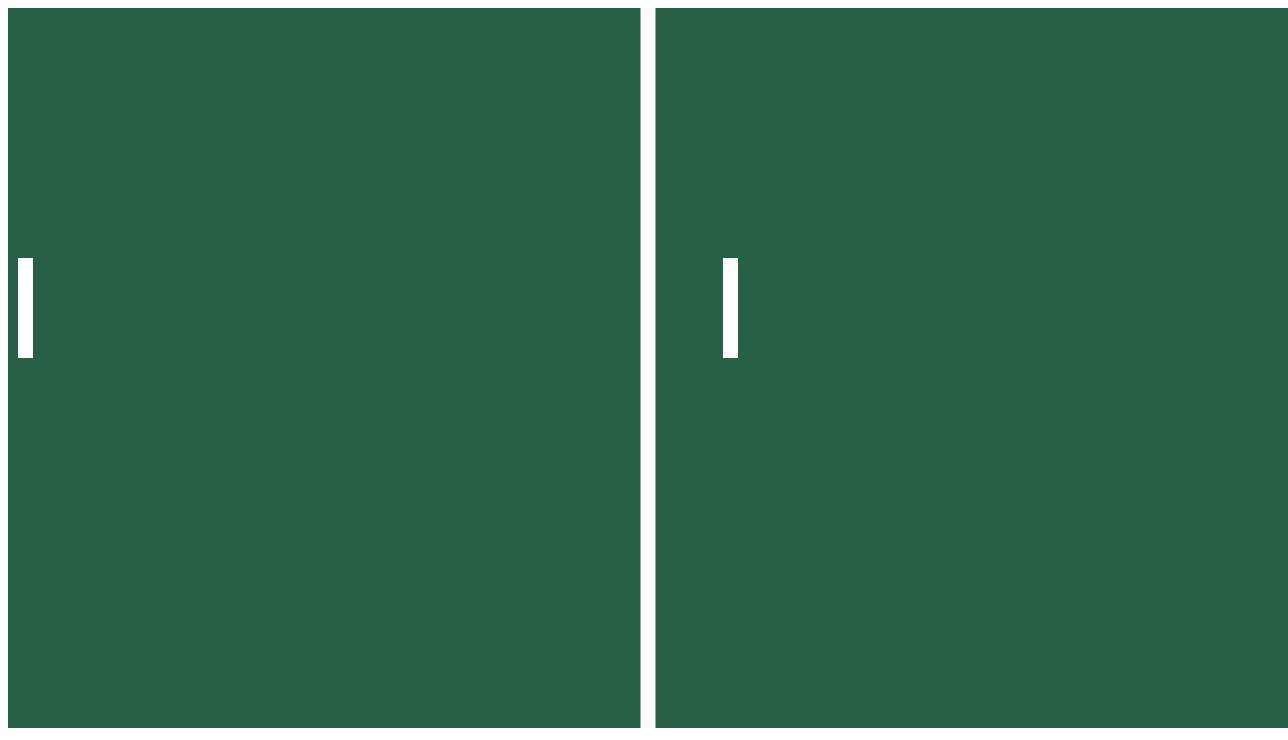
Repository: luizgaivaa/Game
Page: index.html
The author's editor kept a copy of each file at every save. The page is drawn from the files as they stood at one save, then again after the next save.
The browser window is 1280 px wide. The page is 1288 px wide, so the pictures cover 1288 px, including what lies to the right of the window. The pictures show the whole page.

Above is the page before, as saved 2024-03-26 16:08:55.

### index.html
<!DOCTYPE html>
<html lang="en">
<head>
    <meta charset="UTF-8">
    <meta name="viewport" content="width=device-width, initial-scale=1.0">
    <title>Ping_pong</title>
</head>
<body>
    <canvas></canvas>
        <script>
               const canvasEl = document.querySelector("canvas")
        const canvasCtx = canvasEl.getContext("2d")

        const lineWidth = 15
        function setup(){
            canvasEl.width = canvasCtx.width = window.innerWidth
            canvasEl.height = canvasCtx.height = window.innerHeight
        }

        function draw (){
            canvasCtx.fillStyle = "#286047"
            canvasCtx.fillRect(0,0, window.innerWidth, window.innerHeight)

            canvasCtx.fillStyle = "#ffffff"
            const x= window.innerWidth /2 - lineWidth /2
            const y = 0
            const w = lineWidth
            const h = window.innerHeight

            canvasCtx.fillRect(x,y,w,h)
            //raquete esquerda
            canvasCtx.fillRect(10,250,lineWidth,100)

            //raquete direita
            canvasCtx.fillRect(window.innerHeight - lineWidth + 10, 250, lineWidth, 100)


        }
        setup()
        draw()
        </script>


</body>
</html>

After the next save:
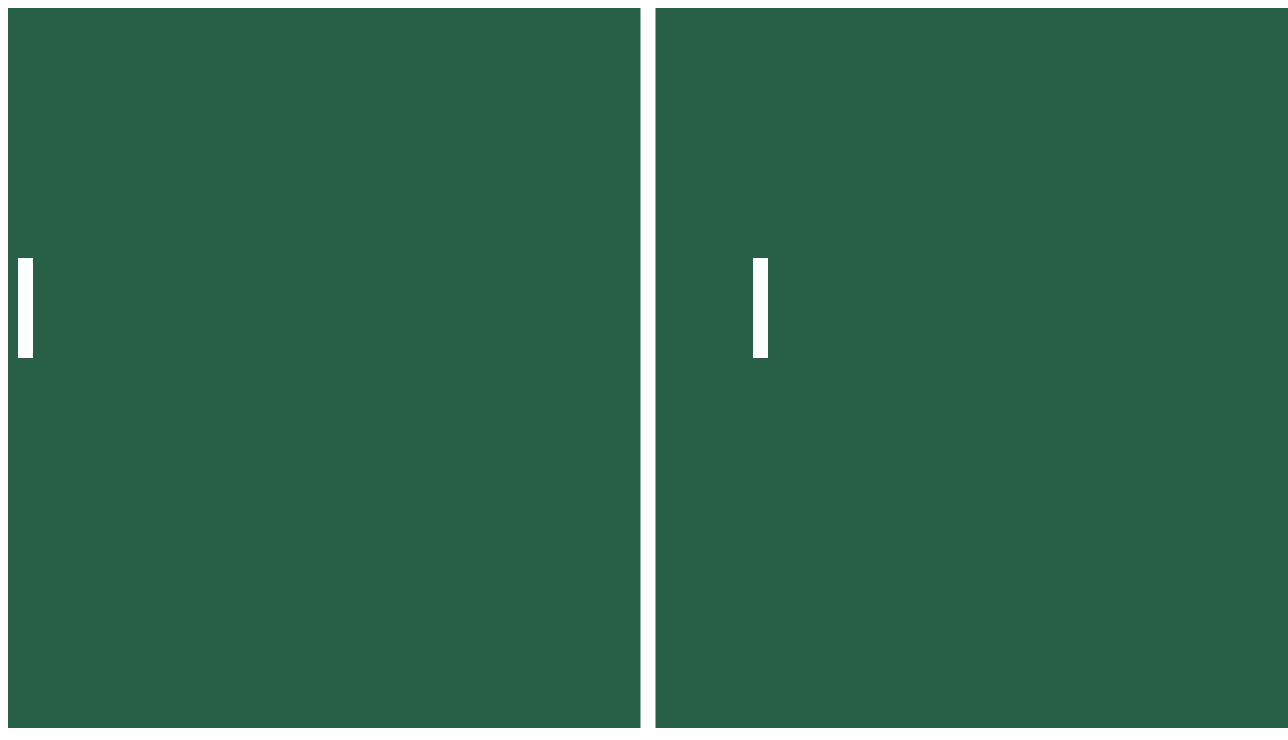
Saved 13 s later.
--- a/index.html
+++ b/index.html
@@ -32,7 +32,7 @@
             canvasCtx.fillRect(10,250,lineWidth,100)
 
             //raquete direita
-            canvasCtx.fillRect(window.innerHeight - lineWidth + 10, 250, lineWidth, 100)
+            canvasCtx.fillRect(window.innerHeight + lineWidth + 10, 250, lineWidth, 100)
 
 
         }

After the save that followed:
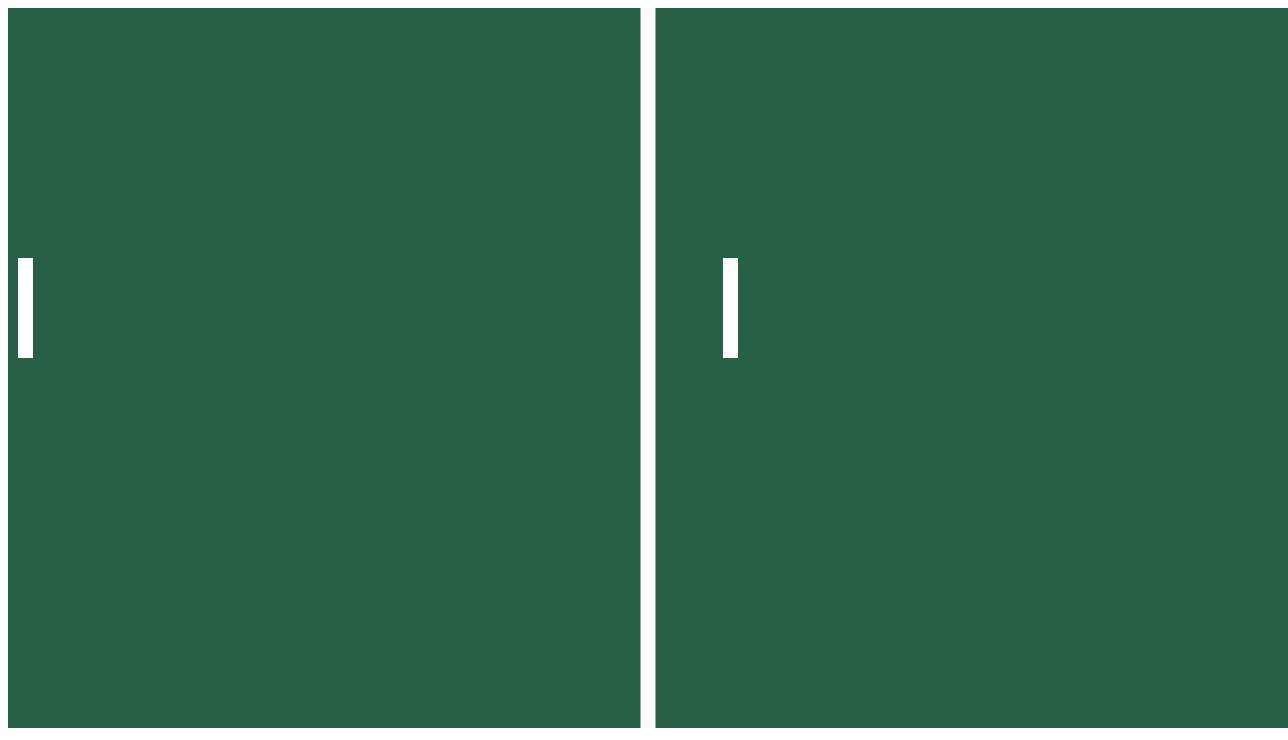
Saved 6 s later.
--- a/index.html
+++ b/index.html
@@ -32,7 +32,7 @@
             canvasCtx.fillRect(10,250,lineWidth,100)
 
             //raquete direita
-            canvasCtx.fillRect(window.innerHeight + lineWidth + 10, 250, lineWidth, 100)
+            canvasCtx.fillRect(window.innerHeight - lineWidth + 10, 250, lineWidth, 100)
 
 
         }
